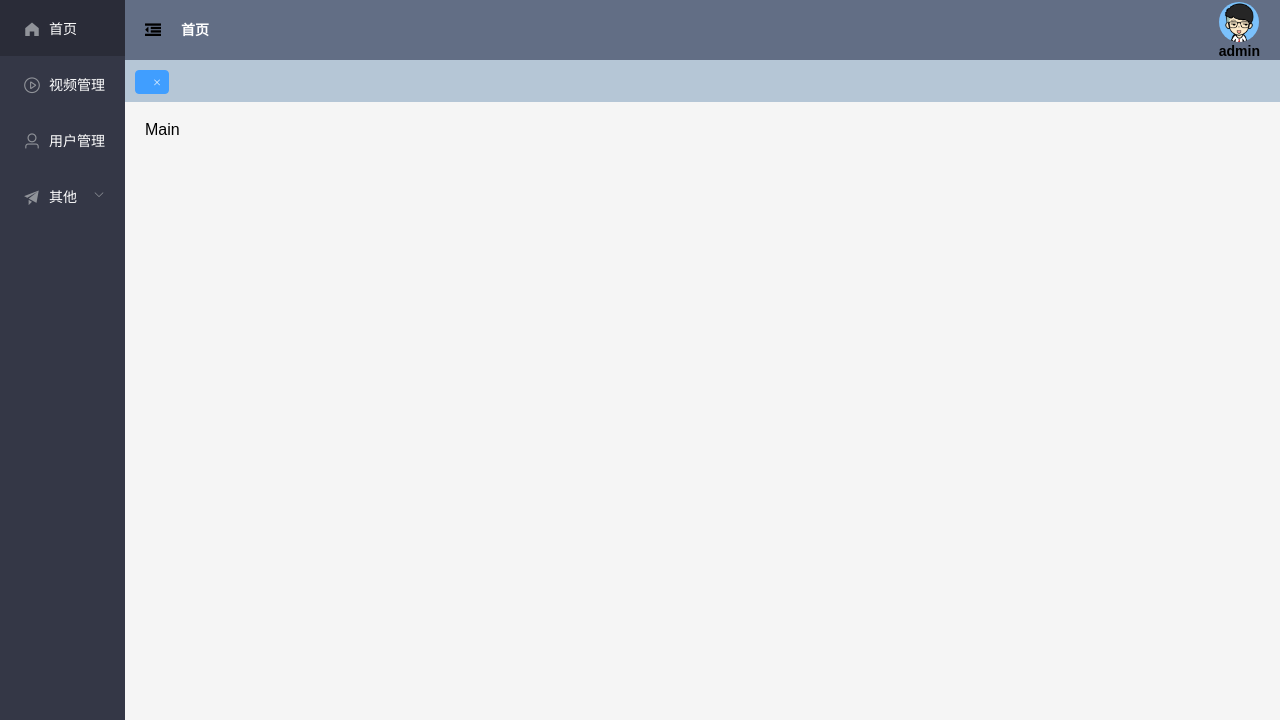
Repository: coWhy/vue-manage
Page: /
The author's editor kept a copy of each file at every save. The page is drawn from the files as they stood at one save, then again after the next save.
The browser window is 1280 px wide. The pictures show the whole page.
The project was rebuilt for these pictures with package versions that can differ from the ones it lists, and the page was loaded fresh each time. Also part of the build but not shown: vue.config.js.

Above is the page before, as saved 2020-04-13 20:33:33.

### src/main.js
import Vue from 'vue'
import App from './App.vue'
import router from './router'
import store from './store'
import '@/assets/scss/reset.scss'
import ElementUI from 'element-ui'
import 'element-ui/lib/theme-chalk/index.css'
import '@/assets/font-awesome-4.7.0/css/font-awesome.css'
Vue.config.productionTip = false

console.log(
  `当前所处开发环境:【${process.env.NODE_ENV}】| 路由为: 【${process.env.VUE_APP_URL}】`
)
Vue.use(ElementUI)
new Vue({
  router,
  store,
  render: h => h(App)
}).$mount('#app')

### src/App.vue
<template>
  <div id="app">
    <router-view />
  </div>
</template>

<style lang="scss">
#app {
  // color: $theme-color;
  height: 100vh;
}
</style>

### src/router/index.js
import Vue from 'vue'
import VueRouter from 'vue-router'
//
const originalPush = VueRouter.prototype.push
VueRouter.prototype.push = function push(location) {
  return originalPush.call(this, location).catch(err => err)
}
Vue.use(VueRouter)

const routes = [
  {
    path: '/',
    component: () => import('@/views/layout/index')
  }
]

const router = new VueRouter({
  routes
})

export default router

### src/store/index.js
import Vue from 'vue'
import Vuex from 'vuex'
import tag from './modules/tag'
Vue.use(Vuex)

export default new Vuex.Store({
  state: {},
  mutations: {},
  actions: {},
  modules: {
    tag
  }
})

### src/assets/scss/_variable.scss
// 全局配置样式 修改主题颜色
$theme-color: #33aef0;

### src/views/layout/index.vue
<template>
  <el-container class="container">
    <!-- 左侧菜单栏 -->
    <el-aside width="auto">
      <common-aside></common-aside>
    </el-aside>
    <el-container>
      <!-- 头部 -->
      <el-header class="header">
        <common-header></common-header>
      </el-header>
      <!-- Tab标签 -->
      <common-tag class="tag"></common-tag>
      <!-- 主体 -->
      <el-main>
        Main
        <!-- <router-view></router-view> -->
      </el-main>
    </el-container>
  </el-container>
</template>

<script>
import CommonAside from './components/aside/index'
import CommonHeader from './components/header/index'
import CommonTag from './components/tag/index'
export default {
  components: {
    CommonAside,
    CommonHeader,
    CommonTag
  }
}
</script>

<style lang="scss" scoped>
.container {
  height: 100%;
}
.header {
  background-color: #626e85; // 头部背景色
  width: 100%;
}
.main {
  padding-top: 0;
}
</style>

### src/store/modules/tag.js
export default {
  state: {
    menuList: [], // 全部菜单
    curMenu: null // 点击选中的菜单
  },
  mutations: {
    // 点击 菜单之后 对应的tab 标签也要 进入 tabList 进行存放
    // 首页 不加入tabList
    getMenu(state, selectedMenu) {
      if (selectedMenu.name !== 'home') {
        state.curMenu = selectedMenu
      } else {
        state.curMenu = null
      }
    }
  },
  actions: {},
  modules: {}
}

### src/views/layout/components/aside/index.vue
<template>
  <el-menu
    default-active="2"
    class="el-menu-vertical-demo"
    :background-color="asideSetting.bgColor"
    :text-color="asideSetting.texteColor"
    :active-text-color="asideSetting.activeTextColor"
  >
    <!-- 这是没有子级菜单的
    handleClickMenu(item) 将选中的菜单元素存入store中的menu 用于tab使用
    由于 分两种情况 所以 下面两种 都需要加上handleClickMenu 事件
    v-for="item in noChildrenList" 遍历元素列表
    :index="item.path"  路由相关
    :key="item.title" 索引 避免重复
    -->
    <!-- noChildrenList -->
    <el-menu-item
      :index="item.path"
      v-for="item in noChildrenList"
      :key="item.title"
      @click="handleClickMenu(item)"
    >
      <i :class="item.icon"></i>
      <span slot="title">{{ item.title }}</span>
    </el-menu-item>
    <!-- hasChildrenList -->
    <el-submenu
      :index="item.title"
      v-for="item in hasChildrenList"
      :key="item.title"
    >
      <template slot="title">
        <i :class="item.icon"></i>
        <span slot="title">{{ item.title }}</span>
      </template>
      <el-menu-item-group>
        <el-menu-item
          :index="subItem.path"
          v-for="subItem in item.children"
          :key="subItem.title"
          @click="handleClickMenu(subItem)"
        >
          <i :class="subItem.icon"></i>
          <span slot="title">{{ subItem.title }}</span>
        </el-menu-item>
      </el-menu-item-group>
    </el-submenu>
  </el-menu>
</template>

<script>
export default {
  computed: {
    noChildrenList() {
      // asideMenuList 没有 子级菜单
      return this.asideMenuList.filter(item => !item.children)
    },
    hasChildrenList() {
      // asideMenuList 有 子级菜单
      return this.asideMenuList.filter(item => item.children)
    }
  },
  data() {
    return {
      asideSetting: {
        bgColor: '#343746', // 侧边栏背景颜色
        activeTextColor: '#4ffffb', // 选中字体的颜色
        texteColor: '#fff' // 默认字体颜色
      },
      //侧边栏菜单列表
      asideMenuList: [
        {
          path: '/',
          name: 'home',
          title: '首页',
          icon: 'el-icon-s-home'
        },
        {
          path: '/video',
          name: 'video',
          title: '视频管理',
          icon: 'el-icon-video-play'
        },
        {
          path: '/user',
          name: 'user',
          title: '用户管理',
          icon: 'el-icon-user'
        },
        {
          title: '其他',
          icon: 'el-icon-s-promotion',
          children: [
            {
              path: '/page1',
              name: 'page1',
              title: '页面1',
              icon: 'el-icon-setting'
            },
            {
              path: '/page2',
              name: 'page2',
              title: '页面2',
              icon: 'el-icon-setting'
            }
          ]
        }
      ]
    }
  },
  methods: {
    // 选中菜单 传入store
    handleClickMenu(item) {
      this.$store.commit('getMenu', item)
    }
  }
}
</script>

<style lang="scss" scoped>
.el-menu {
  // 菜单占满容器
  height: 100%;
  border: none;
}
</style>

### src/views/layout/components/header/index.vue
<template>
  <header class="header">
    <div class="l-content">
      <!-- 折叠标签 可以折叠左侧菜单栏 折叠：fa fa-outdent 展开： fa fa-indent -->
      <i class="fa fa-outdent" aria-hidden="true"></i>
      <!-- 面包屑导航 -->
      <el-breadcrumb separator="/">
        <!-- 默认保留一个 首页 -->
        <el-breadcrumb-item :to="{ path: '/' }">首页</el-breadcrumb-item>
        <!-- curMenu 不为null的时候才渲染出来 -->
        <el-breadcrumb-item :to="curMenu.path" v-if="curMenu">
          {{ curMenu.title }}
        </el-breadcrumb-item>
      </el-breadcrumb>
    </div>
    <!-- 用户部分 头像 下拉菜单 等 -->
    <div class="r-content">
      <el-dropdown trigger="click" size="mini">
        <span class="el-dropdown-link">
          <!-- 用户头像 和 用户名 动态获取 -->
          <img :src="userInfo.avatar" class="avatar" />
          <span class="name">{{ userInfo.username }}</span>
        </span>
        <el-dropdown-menu slot="dropdown">
          <el-dropdown-item>个人中心</el-dropdown-item>
          <el-dropdown-item>退出登录</el-dropdown-item>
        </el-dropdown-menu>
      </el-dropdown>
    </div>
  </header>
</template>

<script>
import { mapState } from 'vuex'
export default {
  computed: {
    ...mapState({
      curMenu: state => state.tag.curMenu // 选中的菜单对象
    })
  },
  data() {
    return {
      // 用户信息
      userInfo: {
        username: 'admin', // 用户名
        avatar: require('@/assets/images/user.png') // 用户头像
      }
    }
  },
  methods: {}
}
</script>

<style lang="scss" scoped>
.header {
  display: flex;
  height: 100%;
  align-items: center;
  justify-content: space-between;
}
.l-content {
  // width: 380;
  display: flex;
  align-items: center;
  i {
    margin-right: 20px;
  }
  justify-content: space-between;
}
.r-content {
  .avatar {
    width: 40px;
    height: 40px;
    border-radius: 50%;
  }
  .name {
    display: flex;
    height: 100%;
    color: black;
    font-weight: bolder;
    align-items: center;
  }
}
</style>
<style lang="scss">
.el-breadcrumb__item {
  .el-breadcrumb__inner {
    color: #b9d0fb;
    font-weight: normal;
  }
  &:last-child {
    .el-breadcrumb__inner {
      color: #ffffff;
      font-weight: bolder;
    }
  }
}
</style>

### src/views/layout/components/tag/index.vue
<template>
  <div class="tags">
    <!--  tabs标签
  不是首页才可以关闭
  -->
    <el-tag
      class="tag"
      size="small"
      closable
      effect="dark"
      :disable-transitions="false"
      @close="handleClose()"
    >
    </el-tag>
  </div>
</template>

<script>
export default {
  methods: {
    // 关闭tag
    handleClose() {}
  }
}
</script>

<style lang="scss" scoped>
.tags {
  background-color: #b5c6d6;
  position: relative;
  height: 42px;
  border: none;
  overflow: hidden;
  padding: 10px;
  .el-tag {
    padding-top: 1px;
    padding-bottom: 1px;
    margin-right: 15px;
    cursor: pointer;
  }
}
</style>

Loaded but not shown: public/index.html (common file); src/assets/scss/reset.scss (common file); src/assets/font-awesome-4.7.0/css/font-awesome.css (library)

After the next save:
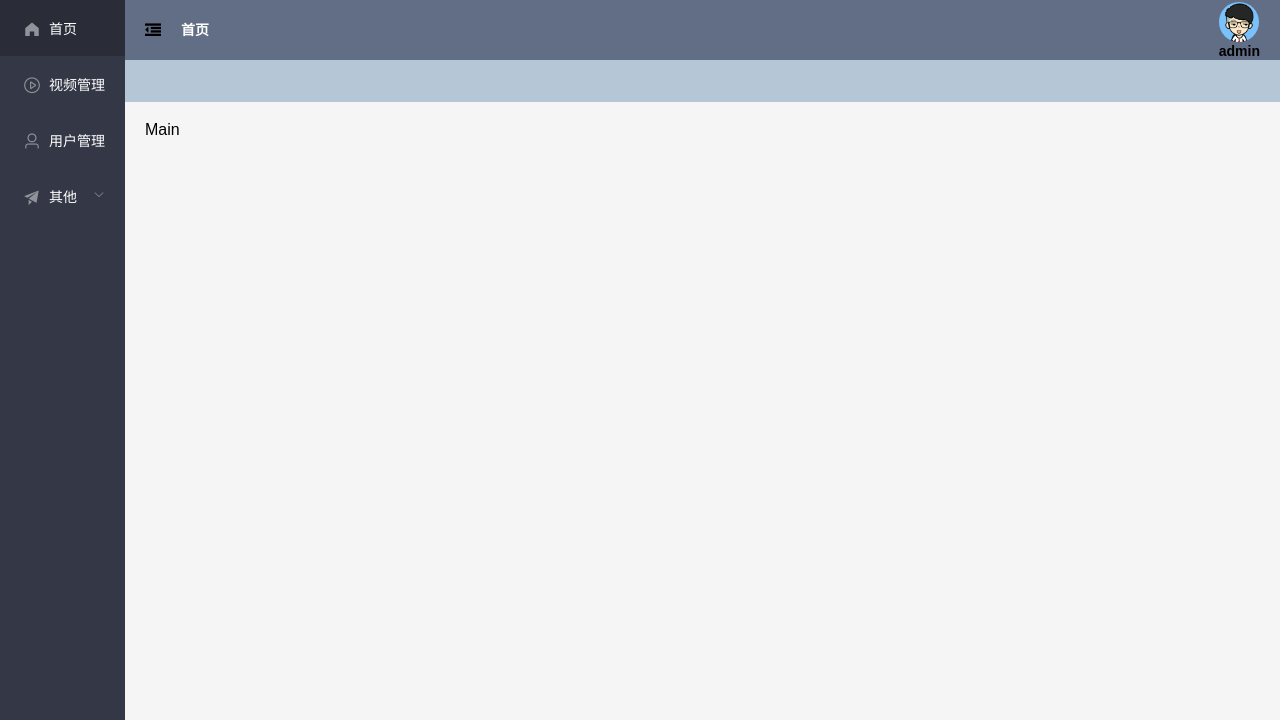
Saved 112 s later.
--- a/src/views/layout/components/tag/index.vue
+++ b/src/views/layout/components/tag/index.vue
@@ -4,13 +4,13 @@
   不是首页才可以关闭
   -->
     <el-tag
-      class="tag"
-      size="small"
+      :key="tag"
+      v-for="tag in dynamicTags"
       closable
-      effect="dark"
       :disable-transitions="false"
-      @close="handleClose()"
+      @close="handleClose(tag)"
     >
+      {{ tag }}
     </el-tag>
   </div>
 </template>
